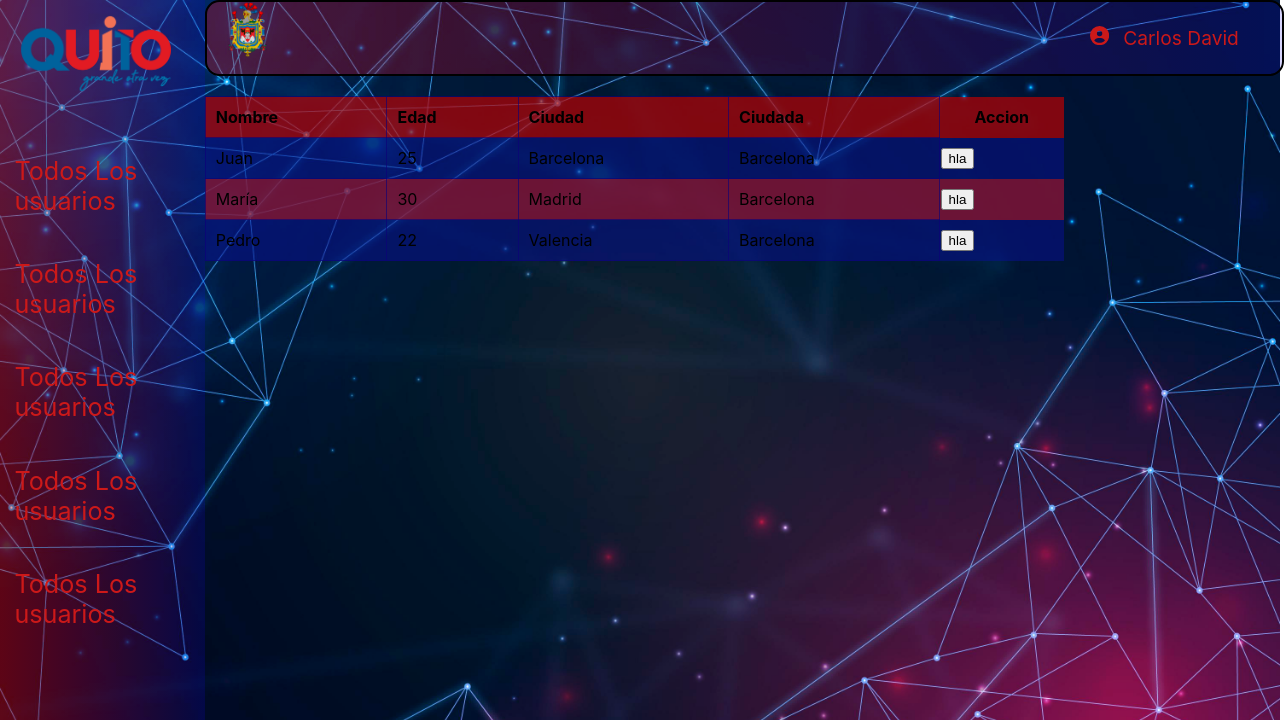
Repository: Davic1o/FrontendMunicipio
Page: /Administrador
An editor plug-in stored every save of this project. The page is shown before and after the next save, followed by the edit.
The browser window is 1280 px wide. The page is 1284 px wide, so the pictures cover 1284 px, including what lies to the right of the window. The pictures show the whole page.
The project was rebuilt for these pictures with package versions that can differ from the ones it lists, and the page was loaded fresh each time. Also part of the build but not shown: src/components/inputs/inputTexto.css, src/components/inputs/InputTexto.jsx, src/components/inputs/inputPass.css, src/components/inputs/InputPass.jsx, src/components/botones/botonAcceso.css, src/components/botones/BotonAcceso.jsx, src/pages/Login/login.css, src/pages/Login/Login.jsx and 3 more.

Above is the page before, as saved 2024-02-22 22:58:51.

After the next save:
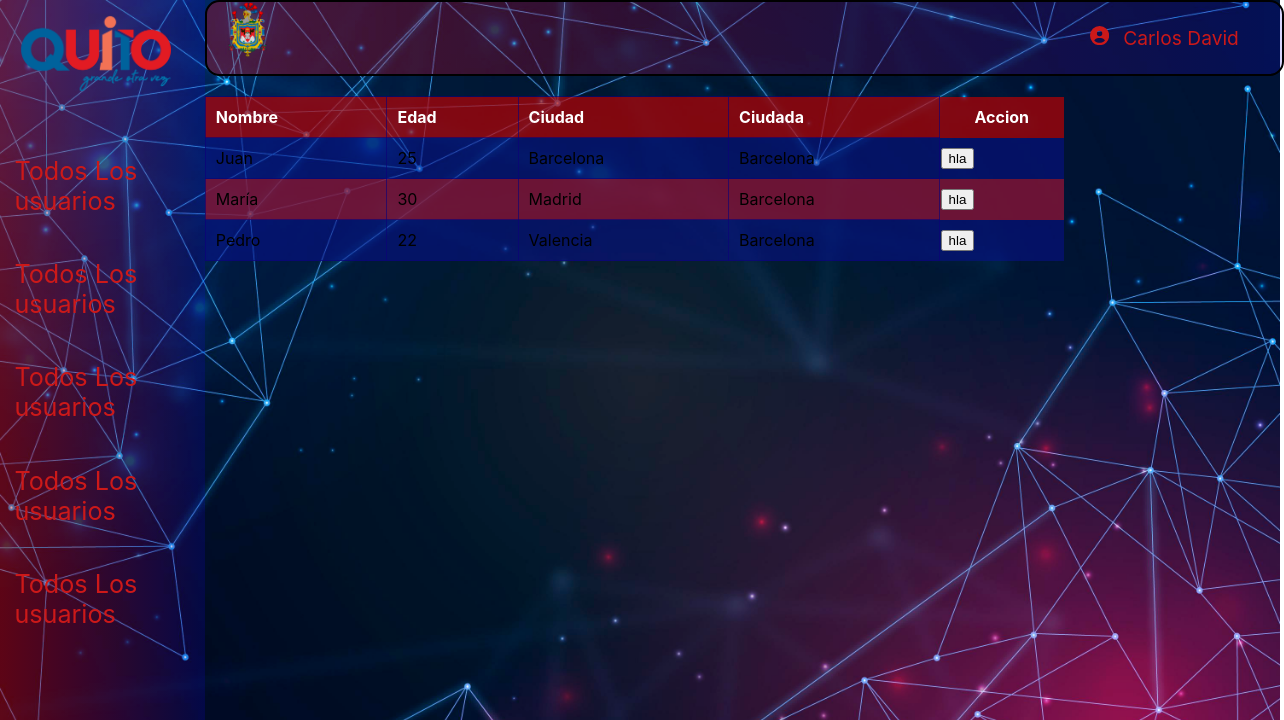
Saved 26 s later.
--- a/src/components/MenuAdministrador/Tabla/tabla.css
+++ b/src/components/MenuAdministrador/Tabla/tabla.css
@@ -8,6 +8,7 @@
 
   .titulo__tabla {
     background-color: #bf0000ac;
+    color: var(--color-blanco);
   }
 
   .th__titulo,
